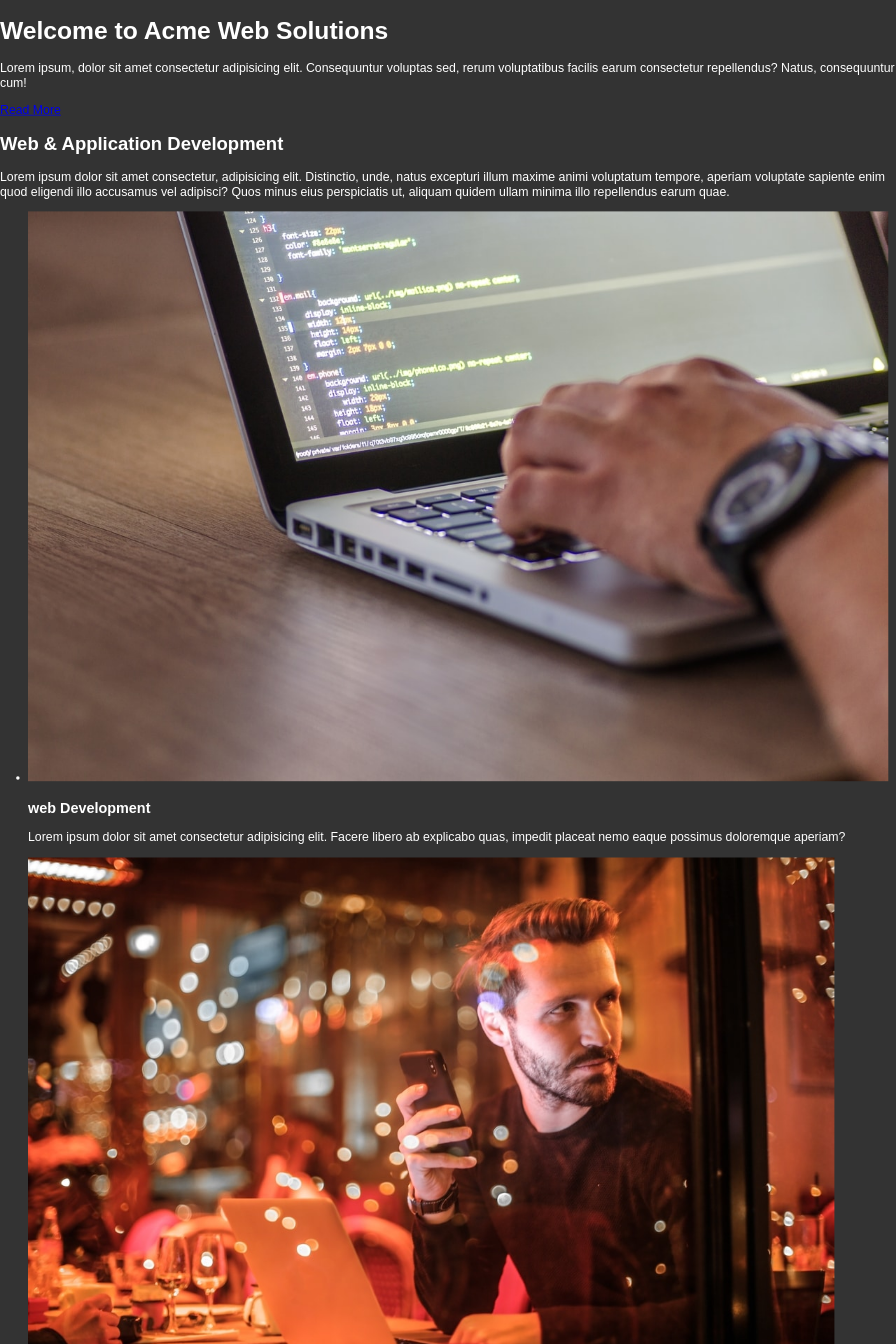
Repository: ErikBaer/MobileFirst
Page: index.html
These files come from the project's save history. The page is drawn as it stood at one moment and after the next save; the edit follows.
The browser window is 1280 px wide. The pictures show the part of the page from y = 0 to 1920 px (the page is 3413 px tall before and 3569 px after), at 70% of full size.

Above is the page before, as saved 2020-02-15 02:38:42.

### index.html
<!DOCTYPE html>
<html lang="en">
<head>
    <meta charset="UTF-8">
    <meta name="viewport" content="width=device-width, initial-scale=1.0">
    <link rel="stylesheet" type="text/css" href="style.css">
    <title>Acme Web Solutions</title>
</head>
<body>
    <!--Header Showcase -->
   <header id="showcase" class="grid">
    <div class="bg-image"></div>
    <h1>Welcome to Acme Web Solutions</h1>
    <p>Lorem ipsum, dolor sit amet consectetur adipisicing elit.
         Consequuntur voluptas sed, rerum voluptatibus facilis
         earum consectetur repellendus? Natus, consequuntur cum!
        </p>
    <a href="#section-b" class="btn">Read More</a>
</header>

<!-- Main Area -->

<main id="main">

    <!-- Section A -->

    <section id="section-a" class="grid">
        <div class="content-wrap">
            <h2 class="content-title">Web & Application Development</h2>
            <p>Lorem ipsum dolor sit amet consectetur, adipisicing elit.
                Distinctio, unde, natus excepturi illum maxime animi
                voluptatum tempore, aperiam voluptate sapiente enim quod
                 eligendi illo accusamus vel adipisci? Quos minus eius
                 perspiciatis ut, aliquam quidem ullam minima illo
                 repellendus earum quae.</p>
        </div>
    </section>

    <!-- Section B -->

    <section id="section-b" class="grid">
        <ul>
            <li>
                <div class="card">
                    <img src="./Assets/Coding-Person.jpg" alt="">
                    <div class="card-content">
                        <h3 class="card-title">web Development</h3>
                        <p>Lorem ipsum dolor sit amet consectetur
                            adipisicing elit. Facere libero ab explicabo
                            quas, impedit placeat nemo eaque possimus
                            doloremque aperiam?</p>
                    </div>
                </div>
            </li>
            <li>
                <div class="card">
                    <img src="./Assets/mobile-man.jpg" alt="">
                    <div class="card-content">
                        <h3 class="card-title">Mobile Applications</h3>
                        <p>Lorem ipsum dolor sit amet consectetur
                            adipisicing elit. Facere libero ab explicabo
                            quas, impedit placeat nemo eaque possimus
                            doloremque aperiam?</p>
                    </div>
                </div>
            </li>
            <li>
                <div class="card">
                    <img src="./Assets/Coding-Person.jpg" alt="">
                    <div class="card-content">
                        <h3 class="card-title">Tech Marketing</h3>
                        <p>Lorem ipsum dolor sit amet consectetur
                            adipisicing elit. Facere libero ab explicabo
                            quas, impedit placeat nemo eaque possimus
                            doloremque aperiam?</p>
                    </div>
                </div>
            </li>
        </ul>
    </section>

    <!-- Section C -->
    <section id="section-c" class="grid">
        <div class="content-wrap">
            <h2 class="content-title"> We handle all of your digital needs</h2>
            <p>Lorem, ipsum dolor sit amet consectetur adipisicing elit.
                Neque asperiores pariatur dolorem ipsum dicta recusandae
                 optio vel doloremque deserunt maiores?</p>
        </div>
    </section>

    <!-- Section D -->

    <section class="section-d grid">
        <div class="box">
            <h2 class="content-title">Contact Us</h2>
            <p>Lorem ipsum dolor sit, amet consectetur adipisicing elit.
                 Alias, totam quas ipsam doloremque dignissimos doloribus
                 laudantium aut provident dolore. Maxime!</p>
            <p>contact@acmewebsolutions.test</p>
        </div>
        <div class="box">
            <h2 class="content-title">About Our Company</h2>
            <p>Lorem ipsum dolor, sit amet consectetur adipisicing elit.
                Delectus ut placeat, nulla inventore laboriosam quisquam!
                Porro, asperiores libero molestiae a facilis et, ex magni
                 nostrum rem delectus quia ut? Vitae.</p>
        </div>
    </section>
</main>

<!-- Footer -->

<footer id="main-footer" class="grid">
    <div>Acme Web Solutins</div>
    <div>Project by <a href="www.baerdata.de" target="blank">Erik Baer</a></div>
</footer>

</body>
</html>

### style.css
body {
    margin: 0;
    font-family: Arial, Helvetica, sans-serif;
    background-color: #333;
    color: white;
    font-size:1.1em;
}

After the next save:
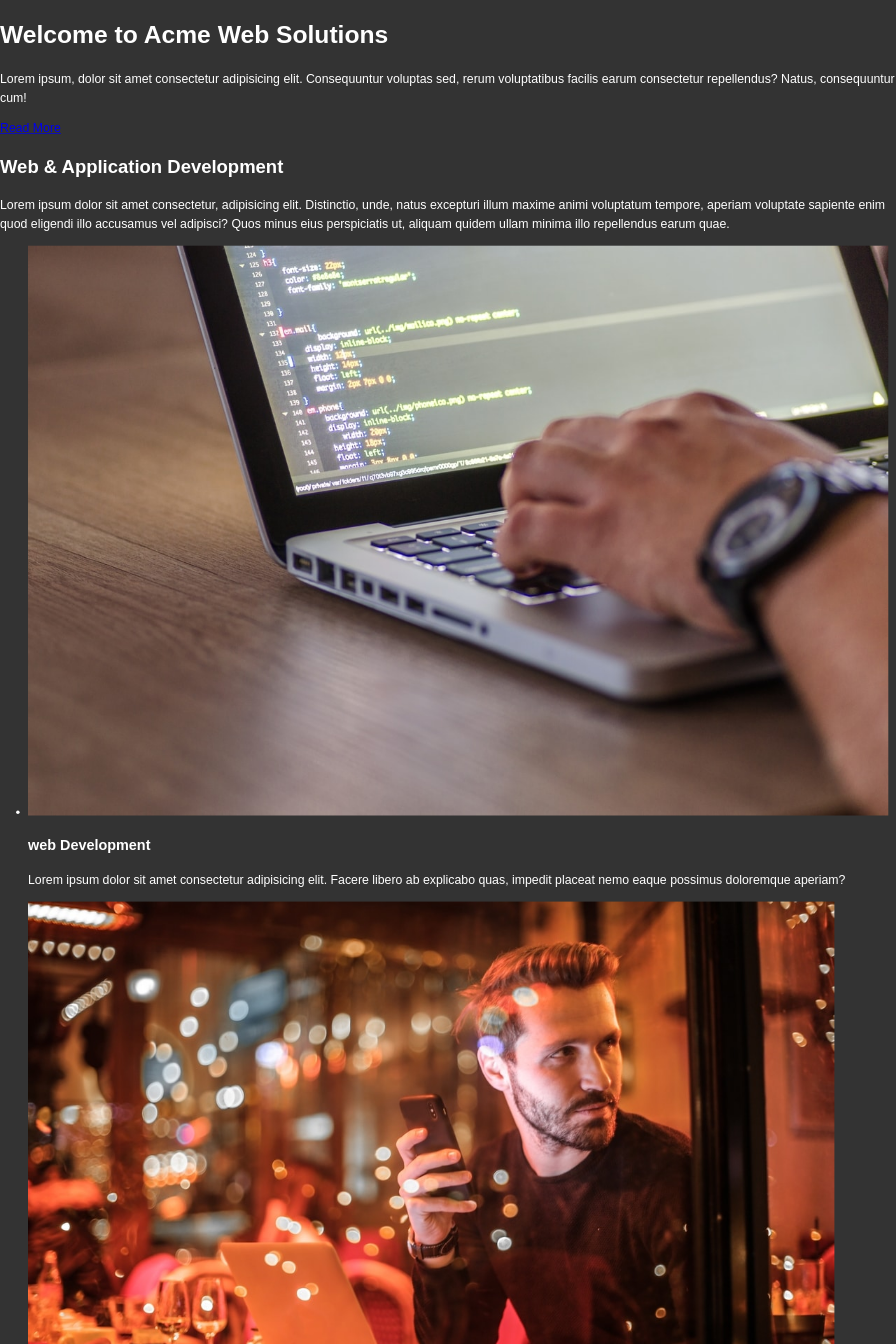
Saved 33 s later.
--- a/style.css
+++ b/style.css
@@ -4,4 +4,5 @@ body {
     background-color: #333;
     color: white;
     font-size:1.1em;
+    line-height: 1.5;
 }
